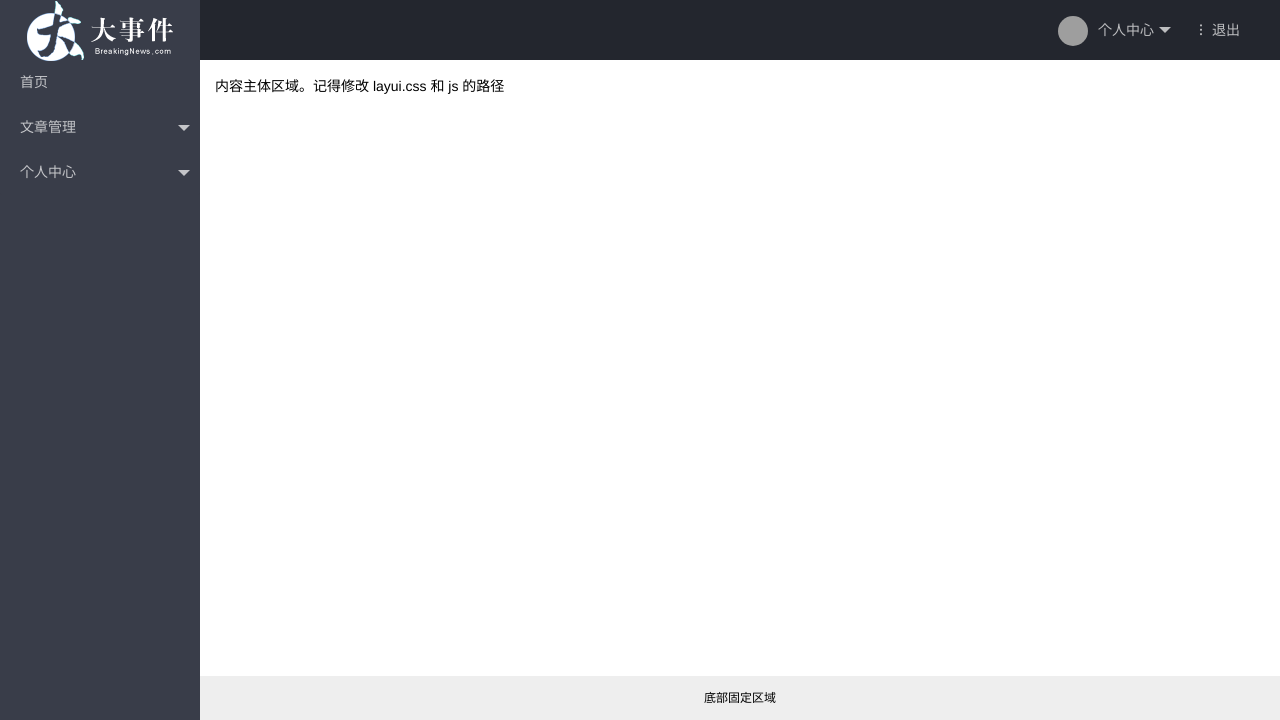
Repository: Janshen111/web_bigevent
Page: index.html
These files come from the project's save history. The page is drawn as it stood at one moment and after the next save; the edit follows.
The browser window is 1280 px wide. The pictures show the whole page.
Pictures or frames that could not be fetched are drawn as grey boxes.

Above is the page before, as saved 2022-08-31 15:33:07.

### index.html
<!DOCTYPE html>
<html lang="en">

<head>
    <meta charset="UTF-8">
    <meta http-equiv="X-UA-Compatible" content="IE=edge">
    <meta name="viewport" content="width=device-width, initial-scale=1.0">
    <title>Document</title>
    <!-- 导入laYui的样式 -->
    <link rel="stylesheet" href="./assets/lib/layui/css/layui.css">
    <!-- 导入自己的样式表 -->
    <link rel="stylesheet" href="./assets/css/index.css">
    <script src=""></script>
</head>

<body>
    <div class="layui-layout layui-layout-admin">
        <div class="layui-header">
            <div class="layui-logo layui-hide-xs layui-bg-black">
                <img src="./assets/images/logo.png" alt="" />
            </div>
            <!-- 头部区域（可配合layui 已有的水平导航） -->
            <dl class="layui-nav-child">
                <dd><a href="">menu 11</a></dd>
                <dd><a href="">menu 22</a></dd>
                <dd><a href="">menu 33</a></dd>
            </dl>
            </li>
            </ul>
            <ul class="layui-nav layui-layout-right">
                <li class="layui-nav-item layui-hide layui-show-md-inline-block">
                    <a href="javascript:;">
                        <img src="//tva1.sinaimg.cn/crop.0.0.118.118.180/5db11ff4gw1e77d3nqrv8j203b03cweg.jpg" class="layui-nav-img">个人中心
                    </a>
                    <dl class="layui-nav-child">
                        <dd><a href="">基本资料</a></dd>
                        <dd><a href="">更换头像</a></dd>
                        <dd><a href="">重置密码</a></dd>
                    </dl>
                </li>
                <li class="layui-nav-item">
                    <a href="javascript:;">
                        <i class="layui-icon layui-icon-more-vertical"></i> 退出
                    </a>
                </li>
            </ul>
        </div>

        <div class="layui-side layui-bg-black">
            <div class="layui-side-scroll">
                <!-- 左侧导航区域（可配合layui已有的垂直导航） -->
                <ul class="layui-nav layui-nav-tree" lay-filter="test">
                    <li class="layui-nav-item"><a href="javascript:;">首页</a></li>
                    <!-- 默认展开layui-nav-itemed -->
                    <li class="layui-nav-item">
                        <a class="" href="javascript:;">文章管理</a>
                        <dl class="layui-nav-child">
                            <dd><a href="javascript:;">文章类别</a></dd>
                            <dd><a href="javascript:;">文章列表</a></dd>
                            <dd><a href="javascript:;">发布文章</a></dd>
                        </dl>
                    </li>
                    <li class="layui-nav-item">
                        <a href="javascript:;">个人中心</a>
                        <dl class="layui-nav-child">
                            <dd><a href="javascript:;">基本资料</a></dd>
                            <dd><a href="javascript:;">更换头像</a></dd>
                            <dd><a href="javascript:;">重置密码</a></dd>
                        </dl>
                    </li>
                </ul>
            </div>
        </div>

        <div class="layui-body">
            <!-- 内容主体区域 -->
            <div style="padding: 15px;">内容主体区域。记得修改 layui.css 和 js 的路径</div>
        </div>

        <div class="layui-footer">
            <!-- 底部固定区域 -->
            底部固定区域
        </div>
    </div>
    <!-- 导入laYui的JS文件 -->
    <script src="./assets/lib/layui/layui.all.js"></script>
</body>

</html>

### assets/css/index.css
.layui-footer {
    text-align: center;
    font-size: 12px;
}

Loaded but not shown: assets/lib/layui/css/layui.css (library); assets/lib/layui/layui.all.js (library); assets/lib/layui/css/modules/laydate/default/laydate.css (library); assets/lib/layui/css/modules/layer/default/layer.css (library); assets/lib/layui/css/modules/code.css (common file)

After the next save:
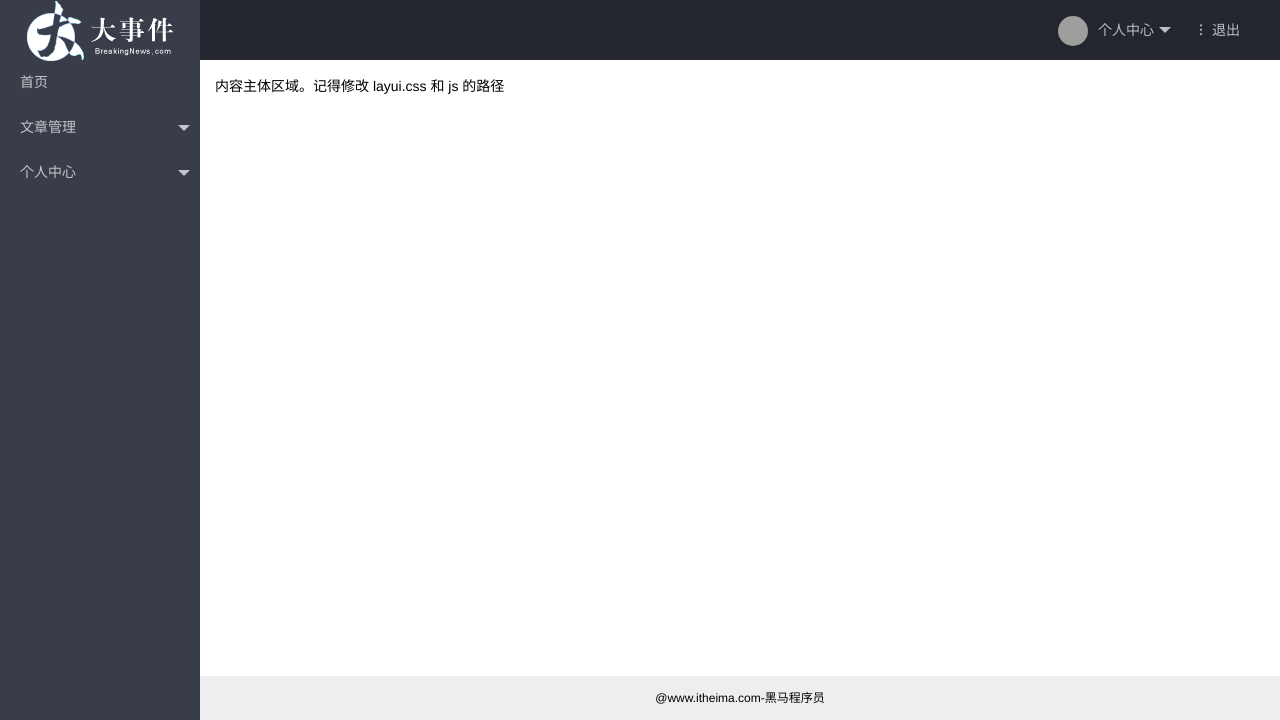
Saved 85 s later.
--- a/index.html
+++ b/index.html
@@ -79,7 +79,7 @@
 
         <div class="layui-footer">
             <!-- 底部固定区域 -->
-            底部固定区域
+            @www.itheima.com-黑马程序员
         </div>
     </div>
     <!-- 导入laYui的JS文件 -->
